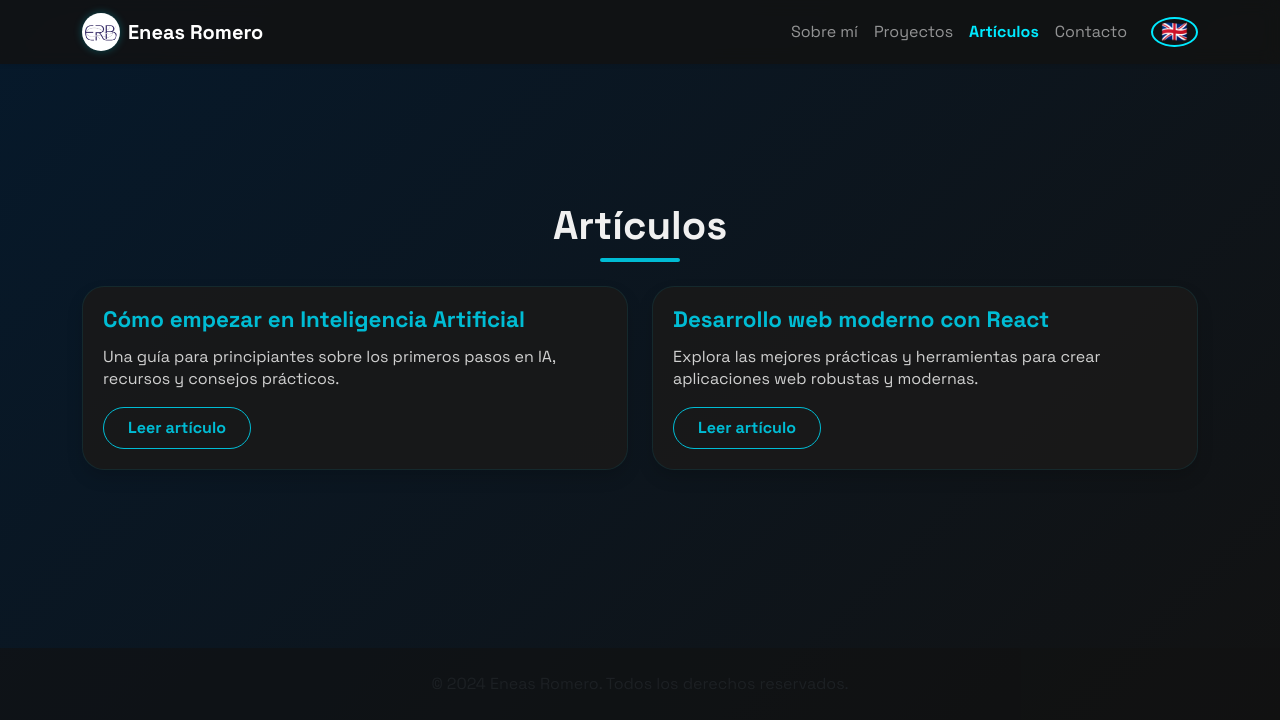
Repository: enerombar/enerombar.github.io
Page: articulos.html
These files come from the project's save history. The page is drawn as it stood at one moment and after the next save; the edit follows.
The browser window is 1280 px wide. The pictures show the whole page.

Above is the page before, as saved 2025-06-27 02:09:46.
Console error: ReferenceError: AOS is not defined

### articulos.html
<!DOCTYPE html>
<html lang="es">
<head>
  <meta charset="UTF-8" />
  <meta name="viewport" content="width=device-width, initial-scale=1" />
  <title>Artículos - Eneas Romero</title>
  <link href="https://fonts.googleapis.com/css2?family=Space+Grotesk:wght@400;700&display=swap" rel="stylesheet" />
  <link href="https://cdn.jsdelivr.net/npm/bootstrap@5.3.0/dist/css/bootstrap.min.css" rel="stylesheet" />
  <link href="styles.css" rel="stylesheet" />
</head>
<body>
  <canvas id="background-canvas"></canvas>
  <div class="d-flex flex-column min-vh-100">
    <nav class="navbar navbar-expand-lg navbar-dark bg-dark fixed-top shadow-sm" style="backdrop-filter: blur(8px); background:rgba(18,18,18,0.85)!important;">
      <div class="container">
        <a class="navbar-brand fw-bold d-flex align-items-center gap-2" href="index.html">
          <img src="img/logo.png" alt="Logo" style="height:38px;width:38px;border-radius:50%;background:#fff;padding:3px;box-shadow:0 0 8px #00eaff44;">
          Eneas Romero
        </a>
        <button class="navbar-toggler" type="button" data-bs-toggle="collapse" data-bs-target="#navbarNav"
          aria-controls="navbarNav" aria-expanded="false" aria-label="Toggle navigation">
          <span class="navbar-toggler-icon"></span>
        </button>
        <div class="collapse navbar-collapse justify-content-end" id="navbarNav">
          <ul class="navbar-nav align-items-center">
            <li class="nav-item">
              <a class="nav-link" href="index.html#hero" data-key="navAbout">Sobre mí</a>
            </li>
            <li class="nav-item">
              <a class="nav-link" href="proyectos.html" data-key="navProjects">Proyectos</a>
            </li>
            <li class="nav-item">
              <a class="nav-link active" href="articulos.html" data-key="navArticles">Artículos</a>
            </li>
            <li class="nav-item">
              <a class="nav-link" href="index.html#contact" data-key="navContact">Contacto</a>
            </li>
            <li class="nav-item ms-3">
              <button id="langToggle" class="btn btn-flag" aria-label="Cambiar idioma" style="font-size:1.35rem;">🇬🇧</button>
            </li>
          </ul>
        </div>
      </div>
    </nav>

    <main style="padding-top: 90px; flex: 1 0 auto;">
      <section class="container py-5">
        <h2 class="mb-4 section-title" data-key="articlesTitle">Artículos</h2>
        <div class="row g-4">
          <div class="col-md-6">
            <div class="card h-100 shadow elegant-card">
              <div class="card-body">
                <h5 class="card-title">Cómo empezar en Inteligencia Artificial</h5>
                <p class="card-text">Una guía para principiantes sobre los primeros pasos en IA, recursos y consejos prácticos.</p>
                <a href="#" class="btn btn-outline-primary">Leer artículo</a>
              </div>
            </div>
          </div>
          <div class="col-md-6">
            <div class="card h-100 shadow elegant-card">
              <div class="card-body">
                <h5 class="card-title">Desarrollo web moderno con React</h5>
                <p class="card-text">Explora las mejores prácticas y herramientas para crear aplicaciones web robustas y modernas.</p>
                <a href="#" class="btn btn-outline-primary">Leer artículo</a>
              </div>
            </div>
          </div>
          <!-- Puedes añadir más artículos aquí -->
        </div>
      </section>
    </main>

    <footer class="footer-glass text-center py-4 mt-5" style="flex-shrink:0;">
      <div class="container">
        <span class="text-muted">&copy; 2024 Eneas Romero. Todos los derechos reservados.</span>
      </div>
    </footer>
  </div>
  <script src="https://cdn.jsdelivr.net/npm/bootstrap@5.3.0/dist/js/bootstrap.bundle.min.js"></script>
  <script src="scripts.js"></script>
</body>
</html>
  <script src="scripts.js"></script>
</body>
</html>

### styles.css
/* styles.css */

/* Base */
body {
  font-family: 'Space Grotesk', sans-serif;
  background: linear-gradient(135deg, #06192b 0%, #121212 100%);
  color: #f0f0f0;
  margin: 0;
}

/* HERO */
.hero {
  height: 100vh;
  display: flex;
  justify-content: center;
  align-items: center;
  text-align: center;
  padding: 0 1rem;
  position: relative;
  overflow: hidden;
}
.hero::after {
  content: '';
  position: absolute;
  inset: 0;
  background: radial-gradient(circle at center, rgba(255,255,255,0.1), transparent 70%);
  pointer-events: none;
  animation: pulse 10s ease-in-out infinite;
}
@keyframes pulse {
  0%, 100% { transform: scale(1); opacity: 0.15; }
  50% { transform: scale(1.05); opacity: 0.25; }
}
.hero h1 {
  font-size: clamp(3rem, 10vw, 5rem);
  font-weight: 800;
  text-shadow: 0 0 10px rgba(255,255,255,0.5);
  margin-bottom: 0.5rem;
}
.hero p.lead {
  font-size: clamp(1.25rem, 3vw, 1.75rem);
  margin-bottom: 1.5rem;
  text-shadow: 0 0 8px rgba(0,0,0,0.7);
}
.btn-primary {
  background: #00bcd4;
  border: none;
  padding: 0.75rem 2rem;
  font-size: 1.2rem;
  font-weight: 600;
  border-radius: 50px;
  box-shadow: 0 6px 15px rgba(0,188,212,0.5);
  transition: background 0.3s ease, box-shadow 0.3s ease;
}
.btn-primary:hover,
.btn-primary:focus {
  background: #00acc1;
  box-shadow: 0 8px 20px rgba(0,172,193,0.7);
  outline: none;
}

/* HERO glassmorphism */
.hero-content-glass {
  background: rgba(18, 18, 18, 0.08);
  border-radius: 24px;
  box-shadow: none;
  backdrop-filter: none;
  -webkit-backdrop-filter: none;
  padding: 2.2rem 2rem 1.7rem 2rem;
  display: block;
  border: none;
  margin: 0 auto;
  max-width: 600px;
  transition: background 0.3s;
  margin-top: 0; /* Sin separación extra */
}
@media (min-width: 768px) {
  .hero-content-glass {
    flex-direction: row;
    align-items: center;
    gap: 2.5rem;
    justify-content: center;
    text-align: left;
  }
  .hero-text-wrapper {
    text-align: left;
  }
}
/* En móvil, sí se muestra el fondo para legibilidad */
@media (max-width: 767px) {
  .hero-content-glass {
    padding: 1.2rem 0.7rem 1.1rem 0.7rem;
    background: rgba(18, 18, 18, 0.40);
    box-shadow: 0 8px 32px 0 rgba(31, 38, 135, 0.18);
    backdrop-filter: blur(8px);
    -webkit-backdrop-filter: blur(8px);
    border: 1.5px solid rgba(0,188,212,0.18);
    max-width: 98vw;
  }
}
.hero-logo-wrapper {
  display: flex;
  align-items: center;
  justify-content: center;
  min-width: 130px;
  min-height: 130px;
  background: transparent !important; /* Asegura que no haya fondo */
  border: none;
  border-radius: 100%;
  box-shadow:
    0 0 0 8px rgba(0,234,255,0.10),
    0 4px 32px 0 rgba(0,188,212,0.25),
    0 0 32px 8px #00eaff44;
  padding: 0;
  margin: -20 auto -20 auto;
  position: relative;
  z-index: 2;
  animation: logo-glow 3.5s ease-in-out infinite;
  overflow: visible;
}
@keyframes logo-glow {
  0%, 100% {
    box-shadow:
      0 0 0 8px rgba(0,234,255,0.10),
      0 4px 32px 0 rgba(0,188,212,0.25),
      0 0 32px 8px #00eaff44;
  }
  50% {
    box-shadow:
      0 0 0 14px rgba(37,117,252,0.13),
      0 8px 48px 0 rgba(0,188,212,0.35),
      0 0 48px 16px #00eaff77;
  }
}
#hero-logo {
  height: 130px;
  width: 130px;
  max-width: 130px;
  max-height: 130px;
  border-radius: 40%; /* Círculo perfecto */
  background: #fff;
  padding: 8px;
  box-shadow:
    0 0 32px 0 #00eaffcc,
    0 0 0 4px #00eaff33;
  object-fit: contain;
  display: block;
  position: relative;
  z-index: 3;
  animation: logo-inner-glow 3.5s ease-in-out infinite;
  overflow: hidden; /* Oculta cualquier parte fuera del círculo */
}
@keyframes logo-inner-glow {
  0%, 100% {
    box-shadow:
      0 0 32px 0 #00eaffcc,
      0 0 0 4px #00eaff33;
    transform: scale(1);
  }
  50% {
    box-shadow:
      0 0 56px 4px #2575fcbb,
      0 0 0 8px #fff4;
    transform: scale(1.06);
  }
}
.hero-subtitle {
  font-size: clamp(1.3rem, 3vw, 2.1rem);
  font-weight: 700;
  letter-spacing: 0.01em;
  line-height: 1.2;
  padding: 0.35em 1.1em;
  border-radius: 1.5em;
  /* Fondo oscuro translúcido solo bajo el texto */
  background: rgba(18, 18, 18, 0.55);
  box-shadow: 0 2px 16px rgba(179, 149, 42, 0.1);
  display: inline-block;
  text-shadow:
    0 2px 8px rgba(0,0,0,0.25),
    0 1px 0 #fff2;
  margin-bottom: 1.2rem;
}

/* SECTIONS */
section {
  padding: 4rem 1rem;
  max-width: 1200px;
  margin: 0 auto;
}
h2 {
  font-weight: 700;
  font-size: 2.5rem;
  margin-bottom: 2rem;
  text-align: center;
  position: relative;
}
h2::after {
  content: '';
  display: block;
  width: 80px;
  height: 4px;
  background: #00bcd4;
  margin: 0.5rem auto 0;
  border-radius: 2px;
}

/* SOBRE MI */
#about p {
  font-size: 1.15rem;
  max-width: 700px;
  margin: 0 auto;
  line-height: 1.6;
  text-align: center;
  color: #e0e0e0;
}

/* PROYECTOS */
#projects {
  background: #121212;
  border-radius: 20px;
  box-shadow: 0 0 20px rgba(0,188,212,0.2);
}
.card {
  background: #1a1a1a;
  border-radius: 15px;
  border: none;
  overflow: hidden;
  transition: transform 0.3s ease, box-shadow 0.3s ease;
  cursor: pointer;
  box-shadow: 0 6px 15px rgba(0,0,0,0.3);
}
.card:hover {
  transform: translateY(-10px);
  box-shadow: 0 12px 30px rgba(0,188,212,0.6);
}
.card-img-top {
  height: 220px;
  object-fit: cover;
  transition: transform 0.4s ease;
}
.card:hover .card-img-top {
  transform: scale(1.07);
}
.card-body {
  padding: 1.25rem;
  color: #d0d0d0;
}
.card-title {
  font-size: 1.4rem;
  font-weight: 700;
  color: #00bcd4;
  margin-bottom: 0.75rem;
}
.card-text {
  font-size: 1rem;
  line-height: 1.4;
  margin-bottom: 1rem;
}
.btn-outline-primary {
  border-color: #00bcd4;
  color: #00bcd4;
  font-weight: 600;
  border-radius: 30px;
  padding: 0.5rem 1.5rem;
  transition: background-color 0.3s ease, color 0.3s ease;
}
.btn-outline-primary:hover {
  background-color: #00bcd4;
  color: #121212;
}

/* Tarjetas de proyectos elegantes */
.elegant-card {
  border-radius: 22px;
  overflow: hidden;
  box-shadow: 0 8px 32px 0 rgba(0,188,212,0.18), 0 2px 8px rgba(0,0,0,0.12);
  background: rgba(26,26,26,0.92);
  border: 1.5px solid rgba(0,188,212,0.10);
  transition: transform 0.3s cubic-bezier(.4,2,.3,1), box-shadow 0.3s;
  position: relative;
}
.elegant-card:hover {
  transform: translateY(-12px) scale(1.03);
  box-shadow: 0 16px 40px 0 rgba(0,188,212,0.25), 0 4px 16px rgba(0,0,0,0.18);
}
.project-img-wrapper {
  position: relative;
  overflow: hidden;
  border-top-left-radius: 22px;
  border-top-right-radius: 22px;
}
.project-img-overlay {
  position: absolute;
  inset: 0;
  background: linear-gradient(180deg,rgba(0,188,212,0.08) 0%,rgba(18,18,18,0.15) 100%);
  pointer-events: none;
  z-index: 2;
}
.card-img-top {
  height: 220px;
  object-fit: cover;
  transition: transform 0.4s cubic-bezier(.4,2,.3,1);
  border-top-left-radius: 22px;
  border-top-right-radius: 22px;
}
.elegant-card:hover .card-img-top {
  transform: scale(1.08) rotate(-1deg);
}

/* Barra de progreso para proyectos */
.project-progress {
  height: 1.1rem;
  background: rgba(0,188,212,0.10);
  border-radius: 8px;
  overflow: hidden;
  margin-bottom: 1rem;
}
.project-progress .progress-bar {
  font-size: 0.95rem;
  font-weight: 600;
  letter-spacing: 0.02em;
  border-radius: 8px;
  box-shadow: 0 2px 8px rgba(0,188,212,0.10);
  transition: width 1.2s cubic-bezier(.4,1.6,.3,1);
}

/* CONTACTO */
#contact {
  background: #121212;
  border-radius: 20px;
  box-shadow: 0 0 20px rgba(0,188,212,0.2);
}
form input,
form textarea {
  background: rgba(26,26,26,0.92);
  border: 2px solid #00bcd4;
  color: #eee;
  border-radius: 10px;
  padding: 0.75rem 1rem;
  transition: border-color 0.3s, box-shadow 0.3s;
  font-size: 1rem;
  box-shadow: 0 2px 8px rgba(0,188,212,0.05);
}
form input:focus,
form textarea:focus {
  border-color: #00e5ff;
  outline: none;
  box-shadow: 0 0 10px #00e5ff;
  background: #222;
}
form button {
  background: #00bcd4;
  border: none;
  padding: 0.75rem 2rem;
  border-radius: 50px;
  font-weight: 700;
  font-size: 1.1rem;
  box-shadow: 0 6px 15px rgba(0,188,212,0.5);
  transition: background 0.3s ease;
}
form button:hover,
form button:focus {
  background: #00acc1;
  box-shadow: 0 8px 20px rgba(0,172,193,0.7);
  outline: none;
}

/* Glassmorphism para formulario de contacto */
.contact-form-glass {
  background: rgba(18, 18, 18, 0.45);
  /* ...existing code... */
}

/* Footer elegante */
.footer-glass {
  background: rgba(18, 18, 18, 0.60);
  /* ...existing code... */
}

/* Ajustes de botones */
.btn-primary, .contact-btn {
  background: linear-gradient(90deg, #00bcd4 0%, #2575fc 100%);
  border: none;
  color: #fff;
  padding: 0.75rem 2.2rem;
  font-size: 1.2rem;
  font-weight: 600;
  border-radius: 50px;
  box-shadow: 0 6px 15px rgba(0,188,212,0.25);
  transition: background 0.3s, box-shadow 0.3s;
}
.btn-primary:hover, .contact-btn:hover,
.btn-primary:focus, .contact-btn:focus {
  background: linear-gradient(90deg, #00acc1 0%, #2575fc 100%);
  box-shadow: 0 8px 24px rgba(0,172,193,0.25);
  outline: none;
}

/* Navbar scrolled efecto glass */
.navbar.scrolled {
  background: rgba(18,18,18,0.93)!important;
  box-shadow: 0 2px 16px rgba(0,188,212,0.10);
  backdrop-filter: blur(8px);
}

/* Resaltar enlace activo de "Artículos" */
.navbar-nav .nav-link.active {
  color: #00eaff !important;
  font-weight: 700;
}

/* Responsive tweaks */
@media (max-width: 767px) {
  .hero h1 {
    font-size: 2.2rem;
  }
  .hero-content-glass {
    padding: 2rem 1rem 1.5rem 1rem;
  }
  h2 {
    font-size: 1.5rem;
  }
  .contact-form-glass {
    padding: 1.2rem 0.5rem 1rem 0.5rem;
  }
}

/* Pantalla de carga */
#loading-screen {
  position: fixed;
  top: 0;
  left: 0;
  width: 100vw;
  height: 100vh;
  background: #121212;
  display: flex;
  justify-content: center;
  align-items: center;
  z-index: 9999;
  transition: opacity 0.5s ease;
}
.spinner {
  border: 6px solid #f3f3f3;
  border-top: 6px solid #2575fc;
  border-radius: 50%;
  width: 60px;
  height: 60px;
  animation: spin 1s linear infinite;
}
@keyframes spin {
  0% { transform: rotate(0deg); }
  100% { transform: rotate(360deg); }
}
#loading-screen.hide {
  opacity: 0;
  visibility: hidden;
  pointer-events: none;
}

#background-canvas {
  position: fixed;
  top: 0; left: 0;
  width: 100vw; height: 100vh;
  z-index: 0;
  pointer-events: none;
  display: block;
  background: transparent;
}

header, section, footer, nav, .navbar, .hero, .container {
  position: relative;
  z-index: 1;
}

/* Gradiente de texto */
.text-gradient {
  background: linear-gradient(90deg, #00eaff, #2575fc, #00bcd4, #ff00cc, #00ff99, #00eaff);
  background-size: 300% 300%;
  -webkit-background-clip: text;
  -webkit-text-fill-color: transparent;
  background-clip: text;
  -webkit-text-fill-color: transparent;
  animation: gradient-move 6s ease-in-out infinite;
}

@keyframes gradient-move {
  0% { background-position: 0% 50%; }
  50% { background-position: 100% 50%; }
  100% { background-position: 0% 50%; }
}

.hero-title {
  /* Mejora de estética */
  font-size: clamp(3.2rem, 10vw, 5.5rem);
  font-weight: 900;
  letter-spacing: 0.02em;
  line-height: 1.1;
  text-shadow:
    0 4px 32px rgba(0,188,212,0.25),
    0 2px 8px rgba(37,117,252,0.18),
    0 1px 0 #fff;
  filter: drop-shadow(0 2px 16px #00eaff88);
  /* Animación de gradiente si hay .text-gradient dentro */
}

/* Indicador scroll estilo Cambrian Intelligence */
.scroll-indicator {
  display: flex;
  flex-direction: column;
  align-items: center;
  margin-top: 2.2rem;
  gap: 0.3rem;
  user-select: none;
  /* Saca el scroll-indicator del recuadro y centra */
  position: relative;
  z-index: 2;
}
.scroll-mouse {
  width: 28px;
  height: 44px;
  border: 2px solid #00eaff;
  border-radius: 16px;
  position: relative;
  display: flex;
  align-items: flex-start;
  justify-content: center;
  background: rgba(18,18,18,0.12);
}
.scroll-mouse-btn {
  background: none;
  border: none;
  padding: 0;
  margin: 0;
  cursor: pointer;
  outline: none;
  display: flex;
  flex-direction: column;
  align-items: center;
  transition: transform 0.15s;
}
.scroll-mouse-btn:active {
  transform: scale(0.96);
}
.scroll-mouse-btn:focus-visible {
  outline: 2px solid #00eaff;
  outline-offset: 2px;
}
.scroll-wheel {
  width: 5px;
  height: 10px;
  background: #00eaff;
  border-radius: 3px;
  margin-top: 7px;
  animation: scroll-wheel-move 1.5s infinite cubic-bezier(.4,0,.2,1);
  opacity: 0.85;
}
@keyframes scroll-wheel-move {
  0% { transform: translateY(0); opacity: 0.85; }
  60% { transform: translateY(16px); opacity: 0.2; }
  100% { transform: translateY(0); opacity: 0.85; }
}
.scroll-arrow {
  display: block;
  width: 18px;
  height: 18px;
  margin-top: 0.2rem;
  border-left: 3px solid #00eaff;
  border-bottom: 3px solid #00eaff;
  transform: rotate(-45deg);
  opacity: 0.7;
  animation: scroll-arrow-bounce 1.5s infinite cubic-bezier(.4,0,.2,1);
}
@keyframes scroll-arrow-bounce {
  0% { transform: translateY(0) rotate(-45deg); opacity: 0.7; }
  60% { transform: translateY(8px) rotate(-45deg); opacity: 0.3; }
  100% { transform: translateY(0) rotate(-45deg); opacity: 0.7; }
}

/* Estilos para el selector de idioma */
.lang-toggle-btn {
  gap: 0.3rem;
}
.btn-flag {
  background: transparent;
  border: 2px solid #00eaff;
  font-size: 1.35rem;
  padding: 0.15rem 0.5rem;
  border-radius: 50%;
  transition: border-color 0.2s, background 0.2s;
  line-height: 1;
  box-shadow: none;
  outline: none;
  color: inherit;
}
.btn-flag:focus-visible {
  border-color: #00bcd4;
  background: #191919;
}
.btn-flag.active,
.btn-flag:focus-visible {
  border-color: #00eaff;
  background: #222;
  outline: none;
}
.btn-flag:not(.active):hover {
  border-color: #00bcd4;
  background: #191919;
}
.btn-flag:focus-visible {
  border-color: #00eaff;
  background: #222;
  outline: none;
}
.btn-flag:not(.active):hover {
  border-color: #00bcd4;
  background: #191919;
}

### scripts.js
// Pantalla de carga
window.addEventListener('load', function() {
  setTimeout(() => {
    const loadingScreen = document.getElementById('loading-screen');
    if (loadingScreen) {
      loadingScreen.classList.add('hide');
    }
  }, 200);
});

// Inicializar AOS
AOS.init({
  once: true,
  mirror: false,
});

// Traducciones y lógica de idioma
// (Removed duplicate translations, currentLang, and language switch logic.)
// The multilanguage logic is now handled by the improved code below.

// Traducciones multilanguage global
const translations = {
  en: {
    navAbout: "About",
    navProjects: "Projects",
    navProjectsPage: "Projects",
    navArticles: "Articles",
    navContact: "Contact",
    heroName: "Eneas Romero",
    heroSubtitle: "Engineering, Creativity & Digital Future",
    btnViewProjects: "View Projects",
    aboutTitle: "About Me",
    aboutText: "I am Eneas Romero, a student of Computer Engineering and Mathematics. I am passionate about software development, artificial intelligence, and sharing knowledge through technical articles.",
    projectsTitle: "Projects",
    project1Title: "Project 1",
    project1Desc: "Brief project description. Technologies used, goals, and results.",
    project2Title: "Project 2",
    project2Desc: "This project doesn't have an image yet, but it looks good with the default banner.",
    project3Title: "Project 3",
    project3Desc: "Project with real image, ready to showcase.",
    btnViewMore: "View More",
    contactTitle: "Contact",
    formName: "Your name",
    formEmail: "Your email",
    formMessage: "Message",
    btnSend: "Send",
    articlesTitle: "Articles"
  },
  es: {
    navAbout: "Sobre mí",
    navProjects: "Proyectos",
    navProjectsPage: "Proyectos",
    navArticles: "Artículos",
    navContact: "Contacto",
    heroName: "Eneas Romero",
    heroSubtitle: "Ingeniería, Creatividad y Futuro Digital",
    btnViewProjects: "Ver proyectos",
    aboutTitle: "Sobre mí",
    aboutText: "Soy Eneas Romero, estudiante de Ingeniería Informática y Matemáticas. Me apasiona el desarrollo de software, la inteligencia artificial y compartir conocimiento a través de artículos técnicos.",
    projectsTitle: "Proyectos",
    project1Title: "Proyecto 1",
    project1Desc: "Descripción breve del proyecto. Tecnologías usadas, objetivos y resultados.",
    project2Title: "Proyecto 2",
    project2Desc: "Este proyecto aún no tiene imagen, pero se ve bien con el banner por defecto.",
    project3Title: "Proyecto 3",
    project3Desc: "Proyecto con imagen real, listo para mostrar.",
    btnViewMore: "Ver más",
    contactTitle: "Contacto",
    formName: "Tu nombre",
    formEmail: "Tu correo",
    formMessage: "Mensaje",
    btnSend: "Enviar",
    articlesTitle: "Artículos"
  }
};

let currentLang = 'es';

function updateLangFlag() {
  const langToggle = document.getElementById('langToggle');
  if (langToggle) {
    langToggle.textContent = currentLang === 'es' ? '🇬🇧' : '🇪🇸';
    langToggle.setAttribute('aria-label', currentLang === 'es' ? 'Switch to English' : 'Cambiar a español');
  }
}

function switchLanguageTo(lang) {
  currentLang = lang;
  updateLangFlag();

  // Cambiar textos con data-key
  document.querySelectorAll('[data-key]').forEach(el => {
    const key = el.getAttribute('data-key');
    if (translations[currentLang] && translations[currentLang][key]) {
      el.textContent = translations[currentLang][key];
    }
  });

  // Cambiar placeholders con data-key-placeholder
  document.querySelectorAll('[data-key-placeholder]').forEach(el => {
    const key = el.getAttribute('data-key-placeholder');
    if (translations[currentLang] && translations[currentLang][key]) {
      el.setAttribute('placeholder', translations[currentLang][key]);
    }
  });
}

document.addEventListener('DOMContentLoaded', function() {
  const langToggle = document.getElementById('langToggle');
  if (langToggle) {
    updateLangFlag();
    langToggle.addEventListener('click', function() {
      switchLanguageTo(currentLang === 'es' ? 'en' : 'es');
    });
    switchLanguageTo(currentLang);
  } else {
    switchLanguageTo(currentLang);
  }
});

After the next save:
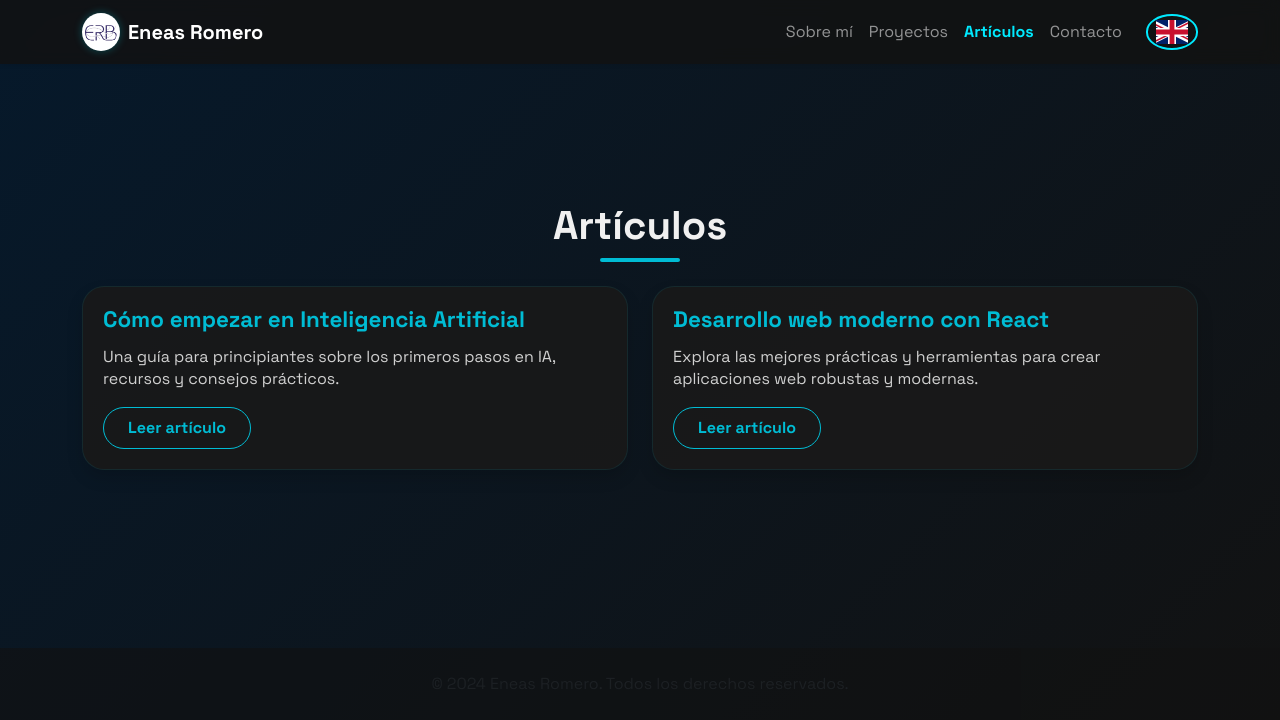
Saved 1 s later.
--- a/articulos.html
+++ b/articulos.html
@@ -36,7 +36,9 @@
               <a class="nav-link" href="index.html#contact" data-key="navContact">Contacto</a>
             </li>
             <li class="nav-item ms-3">
-              <button id="langToggle" class="btn btn-flag" aria-label="Cambiar idioma" style="font-size:1.35rem;">🇬🇧</button>
+              <button id="langToggle" class="btn btn-flag" aria-label="Cambiar idioma" style="font-size:1.35rem;padding:0.2rem 0.5rem;">
+                <img id="langFlag" src="img/gb.svg" alt="Cambiar idioma" style="height:24px;width:32px;object-fit:cover;">
+              </button>
             </li>
           </ul>
         </div>
@@ -80,6 +82,4 @@
   <script src="scripts.js"></script>
 </body>
 </html>
-  <script src="scripts.js"></script>
-</body>
 </html>
